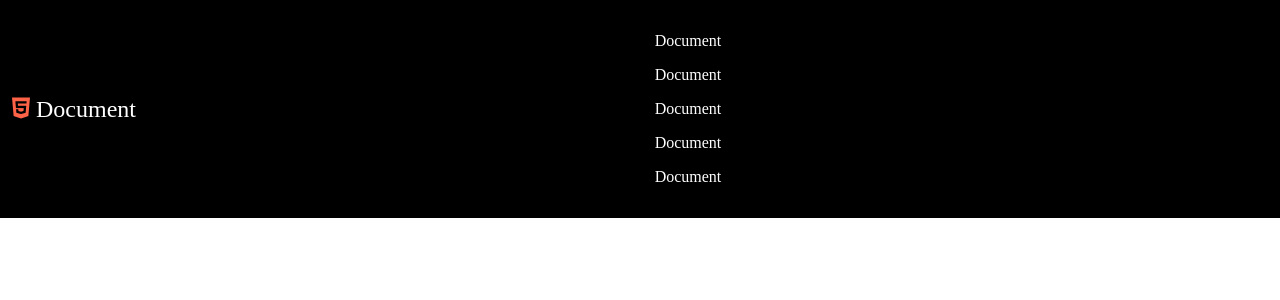
Repository: GoodHoneyCake/Dream_Coding_Academy2
Page: index.html
These files come from the project's save history. The page is drawn as it stood at one moment and after the next save; the edit follows.
The browser window is 1280 px wide. The pictures show the whole page.
Some web libraries are served in a nearby version.

Above is the page before, as saved 2021-01-07 16:29:31.

### index.html
<!DOCTYPE html>
<html lang="en">
  <head>
    <meta charset="UTF-8" />
    <meta name="viewport" content="width=device-width, initial-scale=1.0" />
    <title>Document</title>
    <link rel="stylesheet" href="style.css" />
    <script
      src="https://kit.fontawesome.com/c90a48a564.js"
      crossorigin="anonymous"
    ></script>
  </head>
  <body>
    <nav class="navbar">
      <div class="navbar__logo">
        <i class="fab fa-html5"></i>
        <a href="">Document</a>
      </div>
      <ul class="navbar__menu">
        <li><a href="">Document</a></li>
        <li><a href="">Document</a></li>
        <li><a href="">Document</a></li>
        <li><a href="">Document</a></li>
        <li><a href="">Document</a></li>
      </ul>
      <ul class="navbar__links">
        <i class="fab fa-html5"></i>
        <i class="fab fa-html5"></i>
      </ul>
    </nav>
  </body>
</html>

### style.css
body {
  margin: 0;
}

a {
  text-decoration: none;
  color: white;
}

.navbar {
  display: flex;
  justify-content: space-between;
  align-items: center;
  background-color: black;
  padding: 8px 12px;
}

.navbar__logo {
  font-size: 24px;
  color: white;
}

.navbar__logo i {
  color: tomato;
}

.navbar__mene {
  display: flex;
  list-style: none;
  padding-left: 0;
}

.navbar__menu li {
  padding: 8px 12px;
}

After the next save:
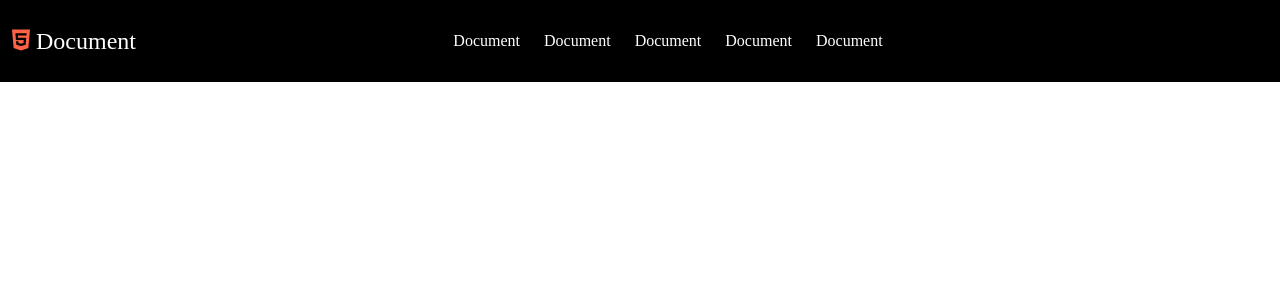
Saved 6 s later.
--- a/style.css
+++ b/style.css
@@ -24,7 +24,7 @@
   color: tomato;
 }
 
-.navbar__mene {
+.navbar__menu {
   display: flex;
   list-style: none;
   padding-left: 0;
